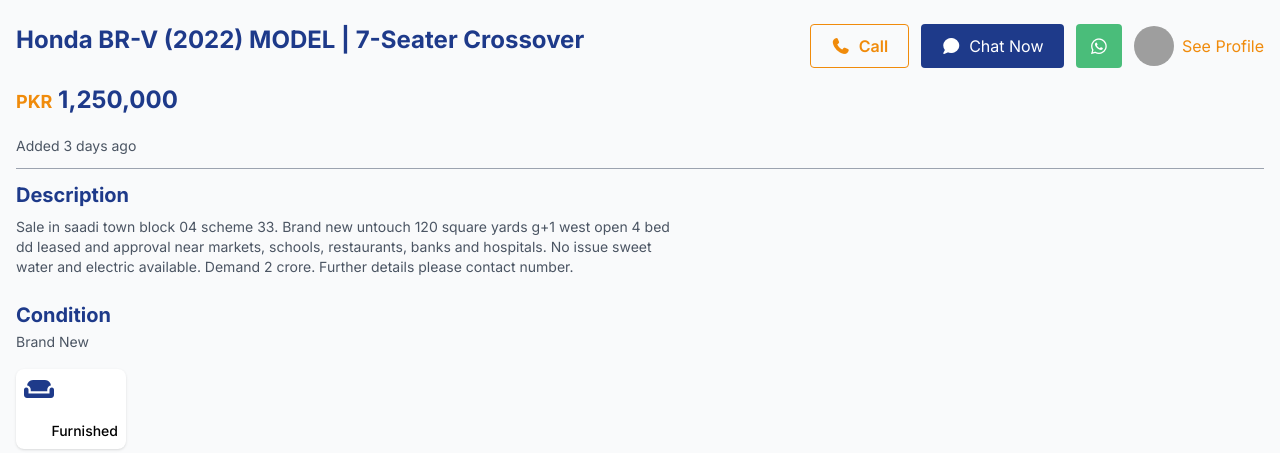
Repository: ARFA-SAEED/miljayega
Page: src/motorsPage/bikes_1.html
The author's editor kept a copy of each file at every save. The page is drawn from the files as they stood at one save, then again after the next save.
The browser window is 1280 px wide. The pictures show the part of the page from y = 633 to 1086 px (the page is 2068 px tall before and 2070 px after).
Pictures or frames that could not be fetched are drawn as grey boxes. A picture or video elsewhere on the page could not be fetched, so the positions and the page height are approximate. Some web fonts or font styles are not loaded; a fallback is used. Some web libraries are served in a nearby version.

Above is the page before, as saved 2025-08-25 13:20:15.

### src/motorsPage/bikes_1.html
<!DOCTYPE html>
<html lang="en">

<head>
    <meta charset="utf-8" />
    <meta content="width=device-width, initial-scale=1.0" name="viewport" />
    <title>Miljaega.pk - Bikes 1</title>
    <script src="https://cdn.tailwindcss.com?plugins=forms,container-queries"></script>
    <link href="https://fonts.googleapis.com/css2?family=Inter:wght@400;500;600;700&display=swap" rel="stylesheet" />
    <link href="https://fonts.googleapis.com/css2?family=Poppins:wght@400;500;600;700&display=swap" rel="stylesheet" />
    <link href="https://fonts.googleapis.com/icon?family=Material+Icons" rel="stylesheet" />
    <link href="https://fonts.googleapis.com/css2?family=Lalezar&display=swap" rel="stylesheet">
    <link href="https://fonts.googleapis.com/css2?family=Noto+Nastaliq+Urdu&display=swap" rel="stylesheet">
    <script src="https://cdn.jsdelivr.net/npm/alpinejs@3.x.x/dist/cdn.min.js" defer></script>
    <script src="https://cdn.jsdelivr.net/npm/@tailwindcss/browser@4"></script>
    <link rel="stylesheet" href="./Css/miljaega-homepage.css">
    <!-- Font Awesome CDN -->
    <link href="https://cdnjs.cloudflare.com/ajax/libs/font-awesome/6.5.2/css/all.min.css" rel="stylesheet">

    <link rel="stylesheet" href="https://cdnjs.cloudflare.com/ajax/libs/font-awesome/7.0.0/css/all.min.css"
        integrity="sha512-DxV+EoADOkOygM4IR9yXP8Sb2qwgidEmeqAEmDKIOfPRQZOWbXCzLC6vjbZyy0vPisbH2SyW27+ddLVCN+OMzQ=="
        crossorigin="anonymous" referrerpolicy="no-referrer" />
</head>

<body class="bg-gray-50">

    <!-- Header -->
    <header class="bg-white shadow-sm fixed top-0 z-50 w-full">
        <div class="lg:mx-auto 2xl:mx-20 relative py-3 container px-4 sm:px-6">
            <div class="flex justify-between items-center py-3">
                <!-- Left: Logo -->
                <div class="flex-shrink-0">
                    <img src="../../../assets/images/logo.svg" alt="Logo" class="h-8 sm:h-10" />
                </div>

                <!-- Center Nav (Desktop) -->
                <nav
                    class="hidden xl:flex absolute 2xl:ms-[440px] left-1/2 transform -translate-x-1/2 space-x-6 text-sm font-medium text-gray-600">
                    <div class="flex justify-center mt-2">
                        <div class="inline-flex rounded-lg shadow-md bg-white overflow-hidden">
                            <a href="#"
                                class="px-6 py-3 text-sm font-medium text-white bg-blue-900 hover:bg-blue-900 transition duration-300 flex items-center">
                                <i class="fa-solid fa-list mr-2"></i> ALL
                            </a>
                            <a href="#"
                                class="px-6 py-3 text-sm font-medium text-pak-green hover:bg-[rgb(220,228,245)] flex items-center">
                                <i class="fa-solid fa-circle-plus mr-2"></i> NEW
                            </a>
                            <a href="#"
                                class="px-6 py-3 text-sm font-medium text-pak-green hover:bg-[rgb(220,228,245)] flex items-center">
                                <i class="fa-solid fa-recycle mr-2"></i> USED
                            </a>
                            <a href="#"
                                class="px-6 py-3 text-sm font-medium text-pak-green hover:bg-[rgb(220,228,245)] flex items-center">
                                <i class="fa-solid fa-key mr-2"></i> RENT
                            </a>
                            <a href="#"
                                class="px-6 py-3 text-sm font-medium text-pak-green hover:bg-[rgb(220,228,245)] flex items-center">
                                <i class="fa-solid fa-arrow-right-arrow-left mr-2"></i> Exchange
                            </a>
                        </div>
                    </div>
                </nav>

                <!-- Mobile Hamburger -->
                <button id="mobileMenuToggle" class="block xl:hidden text-gray-700 hover:text-primary-green">
                    <svg class="w-7 h-7" fill="none" stroke="currentColor" stroke-width="2" viewBox="0 0 24 24">
                        <path stroke-linecap="round" stroke-linejoin="round" d="M4 6h16M4 12h16M4 18h16"></path>
                    </svg>
                </button>
            </div>
        </div>
    </header>

    <!-- Mobile Menu -->
    <div id="mobileMenu"
        class="xl:hidden hidden bg-white shadow-md fixed top-[72px] left-0 right-0 z-40 max-h-[calc(100vh-72px)] overflow-y-auto">
        <div class="px-4 py-4 space-y-4 text-sm font-medium text-gray-700">
            <div class="flex justify-around text-center gap-2 flex-wrap">
                <a href="#" class="flex flex-col items-center gap-1 hover:text-primary-green">
                    <img src="./images/second-hand.png" class="w-6 h-6" /> Used
                </a>
                <a href="#" class="flex flex-col items-center gap-1 hover:text-primary-green">
                    <img src="./images/new.png" class="w-6 h-6" /> New
                </a>
                <a href="#" class="flex flex-col items-center gap-1 hover:text-primary-green">
                    <img src="./images/exchange.png" class="w-6 h-6" /> Exchange
                </a>
                <a href="#" class="flex flex-col items-center gap-1 hover:text-primary-green">
                    <img src="./images/rent.png" class="w-6 h-6" /> Rentals
                </a>
            </div>
        </div>
    </div>

    <!-- Spacer -->
    <div class="pt-[72px]"></div>

    <!-- Images Section -->
    <div class="container mx-auto px-4 mt-12">
        <div class="grid grid-cols-1 lg:grid-cols-2 gap-3">
            <div>
                <img class="w-full h-[250px] sm:h-[400px] lg:h-[513px] object-cover rounded-lg lg:rounded-l-[10px]"
                    src="https://auto.yugatech.com/wp-content/uploads/2022/09/2023-Honda-BRV-Main-2048x1024.jpg" alt="">
            </div>
            <div class="flex flex-col gap-3">
                <img class="w-full h-[200px] sm:h-[250px] object-cover rounded-lg lg:rounded-tr-[10px]"
                    src="https://hondaotodalat.com.vn/wp-content/uploads/2020/02/honda_BRV_hondaotovovankiet_vn_15.jpg"
                    alt="">
                <img class="w-full h-[200px] sm:h-[250px] object-cover rounded-lg lg:rounded-br-[10px]"
                    src="https://d31sro4iz4ob5n.cloudfront.net/upload/car/br-v-2024/feature/interior/br-v-2024-lhd-amplio-confort-y-versatilidad.jpg"
                    alt="">
            </div>
        </div>
    </div>

    <!-- Title & Buttons -->
    <div class="container mx-auto px-4 mt-6 flex flex-col lg:flex-row justify-between items-start gap-4">
        <h1 class="font-bold text-blue-900 text-xl lg:text-2xl">
            Honda BR-V (2022) MODEL | 7-Seater Crossover
        </h1>
        <div class="flex flex-wrap gap-3">
            <button class="border border-[#F08B0B] text-[#F08B0B] font-semibold rounded px-5 py-2 flex items-center">
                <i class="fa-solid fa-phone me-2"></i> Call
            </button>
            <button class="bg-blue-900 hover:bg-blue-800 text-white rounded px-5 py-2 flex items-center">
                <i class="fa-solid fa-comment me-2"></i> Chat Now
            </button>
            <button class="bg-[#4ABD7A] text-white rounded px-3 py-2 flex items-center">
                <i class="fa-brands fa-whatsapp text-lg"></i>
            </button>
            <div class="flex items-center gap-2">
                <img class="rounded-full h-10 w-10"
                    src="https://tse3.mm.bing.net/th/id/OIP.WpIMP_W3gb5bZ81rA-K2YgHaHa?pid=Api&P=0&h=220" alt="">
                <span class="text-[#F08B0B]">See Profile</span>
            </div>
        </div>
    </div>


    <!-- Price -->
    <div class="container mx-auto px-4 mt-4">
        <h1 class="text-blue-900 font-bold text-xl lg:text-2xl">
            <span class="text-lg text-[#F08B0B]">PKR</span> 1,250,000
        </h1>
        <p class="text-gray-600 text-sm mt-5 pb-3 border-b border-gray-400">Added 3 days ago</p>
    </div>

    <!-- Description -->
    <div class="container mx-auto px-4 mt-3">
        <h1 class="text-blue-900 font-bold text-xl mb-2">Description</h1>
        <p class="text-sm text-gray-600 max-w-2xl">
            Sale in saadi town block 04 scheme 33. Brand new untouch 120 square yards g+1 west open 4 bed dd leased and
            approval near markets, schools, restaurants, banks and hospitals. No issue sweet water and electric
            available.
            Demand 2 crore. Further details please contact number.
        </p>
    </div>

    <!-- Condition -->
    <div class="container mx-auto px-4 mt-6">
        <h1 class="text-blue-900 font-bold text-xl">Condition</h1>
        <span class="text-gray-600 text-sm">Brand New</span>
        <div class="relative mt-4 shadow rounded-lg h-20 w-[110px] bg-white p-3">
            <i class="fa-solid fa-couch text-blue-900 text-2xl absolute top-1 left-2"></i>
            <span class="absolute bottom-2 right-2 text-sm font-medium">Furnished</span>
        </div>
    </div>

    <!-- Location -->
    <div class="container mx-auto px-4 mt-6">
        <h1 class="text-blue-900 font-bold text-xl mb-3">Location and nearby facilities</h1>
        <div class="flex flex-wrap gap-4 mb-5">
            <button class="flex items-center gap-2 px-4 py-2 bg-white rounded-lg shadow-md">
                <i class="fa-solid fa-border-all text-[#F08B0B]"></i> All
            </button>
            <button class="flex items-center gap-2 px-4 py-2 bg-white rounded-lg shadow-md">
                <i class="fa-solid fa-school text-[#F08B0B]"></i> School
            </button>
            <button class="flex items-center gap-2 px-4 py-2 bg-white rounded-lg shadow-md">
                <i class="fa-solid fa-hospital text-[#F08B0B]"></i> Hospitals
            </button>
            <button class="flex items-center gap-2 px-4 py-2 bg-white rounded-lg shadow-md">
                <i class="fa-solid fa-utensils text-[#F08B0B]"></i> Restaurant
            </button>
        </div>
        <img src="https://png.pngtree.com/png-clipart/20230315/original/pngtree-map-location-pin-with-red-png-image_8989833.png"
            class="h-[300px] sm:h-[400px] mx-auto" alt="">
    </div>
    <footer class="bg-[#0C3168] text-white">
        <div class="container mx-auto px-4 sm:px-6 lg:px-8 py-10">

            <!-- ✅ Mobile/Tablet (sm, md, lg): 2 Rows Layout -->
            <div class="flex  flex-wrap gap-8 lg:hidden">
                <!-- Row 1: ABOUT US + MY ACCOUNT -->
                <div class="w-full flex   gap-8">
                    <!-- ABOUT US -->
                    <div class="w-full ms-10 md:ms-0 sm:w-1/2 text-left">
                        <ul class="leading-10">
                            <li class="font-bold text-xl mb-3">ABOUT US</li>
                            <li>FAQ</li>
                            <li>Anti Scam</li>
                            <li>Term of use</li>
                            <li>Privacy Policy</li>
                            <li>Contact Us</li>
                            <li>Sitemap</li>
                        </ul>
                    </div>
                    <!-- MY ACCOUNT -->
                    <div class="w-full ms-20 md:ms-60 sm:w-1/2 text-left">
                        <ul class="leading-10">
                            <li class="font-bold text-xl mb-3">MY ACCOUNT</li>
                            <li>Login</li>
                            <li>Register</li>
                        </ul>
                    </div>
                </div>

                <!-- Row 2: Miljaega + Social -->
                <div class="w-full flex gap-8 mt-5">
                    <!-- Miljaega -->
                    <div class="w-full sm:w-1/2 ms-10 md:ms-0 text-left">
                        <ul class="leading-10">
                            <li class="font-bold text-xl mb-3">Miljaega</li>
                            <li>Inspected by miljaega</li>
                            <li>Featured by miljaega</li>
                            <li>Recomended by miljaega</li>
                        </ul>
                    </div>
                    <!-- Social -->
                    <div class="w-full ms-20 md:ms-60  sm:w-1/2 text-left leading-15">
                        <ul>
                            <li class="font-bold text-xl  mb-3">FOLLOW US</li>
                        </ul>
                        <div class=" ms-8 md:ms-0 sm:flex-wrap md:flex mt-3 gap-5">
                            <img src="../../assets/images/fb.svg" class="h-10" alt="">
                            <img src="../../assets/images/insta.svg" class="h-10" alt="">
                            <img src="../../assets/images/twitter.svg" class="h-10" alt="">
                            <img src="../../assets/images/youtube.svg" class="h-10" alt="">
                        </div>
                    </div>
                </div>
            </div>

            <!-- ✅ XL and Up: Original 4-column Layout -->
            <div class="hidden lg:block lg:flex lg:justify-between xl:gap-8">
                <!-- ABOUT US -->
                <div class="w-full sm:w-1/2 xl:w-auto mb-5 xl:mb-0  xl:text-left">
                    <ul class="leading-10">
                        <li class="font-bold text-xl mb-3">ABOUT US</li>
                        <li>FAQ</li>
                        <li>Anti Scam</li>
                        <li>Term of use</li>
                        <li>Privacy Policy</li>
                        <li>Contact Us</li>
                        <li>Sitemap</li>
                    </ul>
                </div>
                <!-- MY ACCOUNT -->
                <div class="w-full sm:w-1/2 xl:w-auto text-left mb-5 xl:mb-0">
                    <ul class="leading-10">
                        <li class="font-bold text-xl mb-3">MY ACCOUNT</li>
                        <li>Login</li>
                        <li>Register</li>
                    </ul>
                </div>
                <!-- Miljaega -->
                <div class="w-full sm:w-1/2 xl:w-auto mb-5 xl:mb-0 text-left">
                    <ul class="leading-10">
                        <li class="font-bold text-xl mb-3">Miljaega</li>
                        <li>Inspected by miljaega</li>
                        <li>Featured by miljaega</li>
                        <li>Recomended by miljaega</li>
                    </ul>
                </div>
                <!-- Social -->
                <div class="w-full sm:w-1/2 xl:w-auto text-left mb-5 xl:mb-0 leading-15">
                    <ul>
                        <li class="font-bold text-xl mb-3">FOLLOW US</li>
                    </ul>
                    <div class="flex  ustify-start mt-3 gap-5">
                        <img src="../../assets/images/fb.svg" class="h-10" alt="">
                        <img src="../../assets/images/insta.svg" class="h-10" alt="">
                        <img src="../../assets/images/twitter.svg" class="h-10" alt="">
                        <img src="../../assets/images/youtube.svg" class="h-10" alt="">
                    </div>
                </div>
            </div>

            <!-- Footer bottom -->
            <div class="text-center border-t-2 border-white mt-10 pt-5 text-sm">
                <p>© Copyright 2025 Miljaega <br>Powered by The Tech Creators</p>
            </div>
        </div>
    </footer>

    <script>
        // Mobile menu toggle
        document.addEventListener("DOMContentLoaded", () => {
            const toggleBtn = document.getElementById("mobileMenuToggle");
            const mobileMenu = document.getElementById("mobileMenu");
            toggleBtn.addEventListener("click", () => {
                mobileMenu.classList.toggle("hidden");
            });
        });
    </script>

</body>

</html>

### assets/Css/miljaega-homepage.css
 :root {
   --primary-green: #0B6847;
 }

 body {
   font-family: 'Inter', sans-serif;
   background-color: #f8fafc;
 }

 .text-primary-green {
   color: var(--primary-green);
 }

 .bg-primary-green {
   background-color: #003E3E;
 }

 .border-primary-green {
   border-color: var(--primary-green);
 }

 .card {
   @apply bg-white rounded-lg shadow-[0_4px_6px_-1px_rgba(0, 0, 0, 0.1), 0_2px_4px_-2px_rgba(0, 0, 0, 0.1)] transition-transform duration-200;
 }

 .card:hover {
   transform: translateY(-5px);
 }

 .verified-badge {
   @apply text-blue-600 text-base;
 }


 /* Sell Button */
 ._520955ba {
   position: relative;
   overflow: hidden;
   border-radius: 4px;
 }

 header {
   z-index: 100;
 }

 .fbf39733 {
   background-color: #ffffff;
   /* Green background */
   border: none;
   cursor: pointer;
 }

 ._6257aca6 {
   object-fit: contain;
   z-index: 1;
 }


 ._948d9e0a {
   position: relative;
   z-index: 2;
 }

 ._27a68d65 {
   display: flex;
   align-items: center;
 }

 .b2e0090c {
   padding: 8px 16px;
 }

 ._371e9918 {
   color: white;
 }

 ._6041419a {
   margin-right: 8px;
 }

 ._8206696c {
   font-weight: 900;
 }

 .b7af14b4 {
   font-size: 12px;
 }

 .dd240920 {
   line-height: 1.5;
 }

 @import url('https://fonts.googleapis.com/css2?family=Inter:wght@300;400;500;600;700&display=swap');

 body {
   font-family: 'Inter', sans-serif;

 }

 .card-hover {
   transition: all 0.3s ease;
   box-shadow: 0 4px 6px rgba(0, 0, 0, 0.05);
 }

 .card-hover:hover {
   transform: translateY(-5px);
   box-shadow: 0 10px 25px rgba(0, 0, 0, 0.1);
 }

 .image-hover {
   transition: transform 0.5s ease;
 }

 .status-dot {
   position: absolute;
   bottom: 5px;
   right: 10px;
   width: 12px;
   height: 12px;
   background-color: #1dbf73;
   border: 2px solid white;
   border-radius: 50%;
   z-index: 10;
   box-shadow: 0 0 0 2px rgba(29, 191, 115, 0.3);
 }

 .status-pulse {
   position: absolute;
   bottom: -1px;
   right: -1px;
   width: 16px;
   height: 16px;
   background-color: rgba(29, 191, 115, 0.4);
   border-radius: 50%;
   z-index: 5;
   animation: pulse 1.5s infinite;
 }

 @keyframes pulse {
   0% {
     transform: scale(0.8);
     opacity: 0.7;
   }

   70% {
     transform: scale(1.5);
     opacity: 0;
   }

   100% {
     transform: scale(0.8);
     opacity: 0;
   }
 }

 .star-container {
   display: inline-flex;
   align-items: center;
   margin-left: -8px;
 }

 .star-full {
   color: #f2880f;
   position: relative;
 }

 .star-full::before {
   content: "★";
   position: absolute;
   color: white;
   font-size: 15px;
   top: 2px;
   left: 2px;
 }

 .star-half {
   position: relative;
   width: 20px;
   height: 20px;
 }

 .star-half-left {
   position: absolute;
   left: 0;
   width: 50%;
   height: 100%;
   background: #ff643d;
   border-top-left-radius: 3px;
   border-bottom-left-radius: 3px;
 }

 .star-half-right {
   position: absolute;
   right: 0;
   width: 50%;
   height: 100%;
   background: rgba(200, 201, 202, 0.48);
   border-top-right-radius: 3px;
   border-bottom-right-radius: 3px;
 }

 .star-half::before {
   content: "★";
   position: absolute;
   color: white;
   font-size: 15px;
   top: 2px;
   left: 2px;
   z-index: 10;
 }

 .badge {
   transition: all 0.3s ease;
 }

 .badge:hover {
   transform: scale(1.05);
 }

 .arrow-tab {
   position: relative;
   padding: 0.75rem 2rem;
   display: flex;
   align-items: center;
   justify-content: center;
   clip-path: polygon(0 0, calc(100% - 20px) 0, 100% 50%, calc(100% - 20px) 100%, 0 100%, 20px 50%);
   margin-left: -18px;
   cursor: pointer;
   transition: all 0.2s ease;
 }

 .arrow-tab:first-child {
   clip-path: polygon(0 0, calc(100% - 20px) 0, 100% 50%, calc(100% - 20px) 100%, 0 100%);
   margin-left: 0;
   padding-left: 3rem;
 }

 .arrow-tab.active {
   background-color: #1e3a8a;
   /* Tailwind's blue-900 */
   color: white;
   z-index: 10;
 }

 .arrow-tab:not(.active):hover {
   background-color: #ced8f3;
   /* Light gray on hover */
 }

 @media (min-width: 1024px) and (max-width: 1028px) {
   .custom-mt {
     margin-top: 10px;
     /* Equivalent to mt-9 */
   }
 }

 .thumbnail {
   transition: all 0.2s ease;
 }

 .thumbnail:hover {
   transform: scale(1.05);
   box-shadow: 0 0 5px rgba(59, 130, 246, 0.5);
 }

 #main-image {
   transition: opacity 0.3s ease;
 }



 .scrollbar-hide::-webkit-scrollbar {
   display: none;
 }

 .scrollbar-hide {
   -ms-overflow-style: none;
   scrollbar-width: none;
 }

 .search-dropdown {
   display: none;
   position: absolute;
   top: 100%;
   /* directly below input */
   left: 0;
   width: 100%;
   max-height: 400px;
   overflow-y: auto;
   /* only scroll when necessary */
   z-index: 999999;
   /* way above all site content */
   background: white;
   border: 1px solid #e5e7eb;
   border-radius: 0.5rem;
   box-shadow: 0 4px 6px -1px rgba(0, 0, 0, 0.1),
     0 2px 4px -1px rgba(0, 0, 0, 0.06);
 }

 .search-dropdown-section {
   padding-left: 13px;
   padding-right: 13px;
   padding-bottom: 10px;

 }

 .search-dropdown-section:last-child {
   border-bottom: none;
 }

 .search-dropdown-item {
   padding: 0.5rem;
   cursor: pointer;
   border-radius: 0.25rem;
   background-color: white;
 }

After the next save:
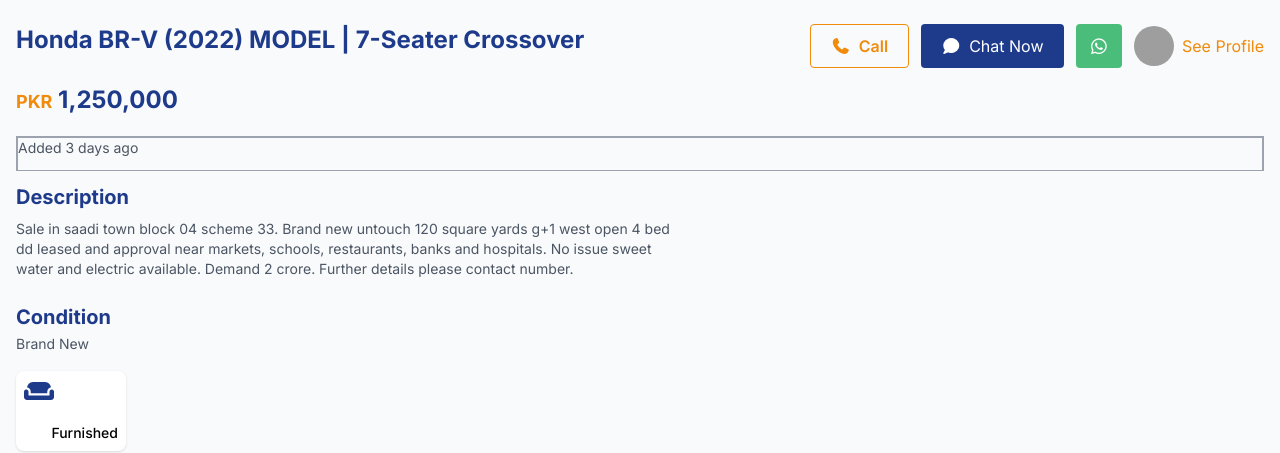
Saved 17 s later.
--- a/src/motorsPage/bikes_1.html
+++ b/src/motorsPage/bikes_1.html
@@ -143,7 +143,7 @@
         <h1 class="text-blue-900 font-bold text-xl lg:text-2xl">
             <span class="text-lg text-[#F08B0B]">PKR</span> 1,250,000
         </h1>
-        <p class="text-gray-600 text-sm mt-5 pb-3 border-b border-gray-400">Added 3 days ago</p>
+        <p class="text-gray-600 text-sm mt-5 pb-3 border-b border-gray-400 border-2">Added 3 days ago</p>
     </div>
 
     <!-- Description -->
